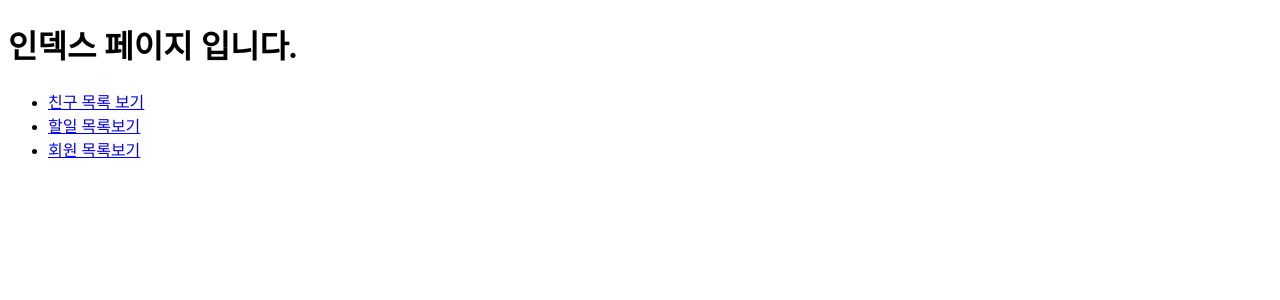
Repository: smj1219/servlet_study
Page: Step01_Servlet/src/main/webapp/index.html
An editor plug-in stored every save of this project. The page is shown before and after the next save, followed by the edit.
The browser window is 1280 px wide. The pictures show the whole page.

Above is the page before, as saved 2024-06-04 08:02:47.

### Step01_Servlet/src/main/webapp/index.html
<!DOCTYPE html>
<html>
<head>
<meta charset="UTF-8">
<title>index.html</title>
</head>
<body>
	<div class="container">
		<h1>인덱스 페이지 입니다.</h1>
		<ul>
			<li><a href="friend/list">친구 목록 보기</a></li>
			<li><a href="todo/list">할일 목록보기</a></li>
			<li><a href="member/list">회원 목록보기</a></li>
		</ul>
	</div>
</body>
</html>

After the next save:
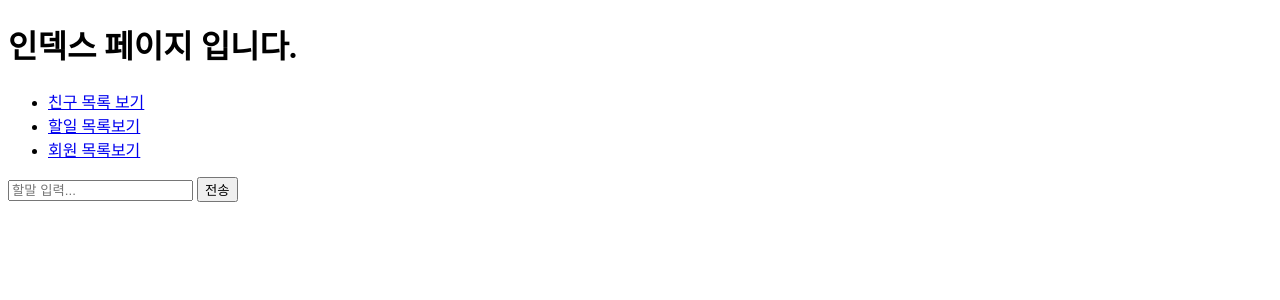
Saved 2 min 19 s later.
--- a/Step01_Servlet/src/main/webapp/index.html
+++ b/Step01_Servlet/src/main/webapp/index.html
@@ -12,6 +12,10 @@
 			<li><a href="todo/list">할일 목록보기</a></li>
 			<li><a href="member/list">회원 목록보기</a></li>
 		</ul>
+		<form action="send" method="get">
+			<input type="text" name="msg" placeholder="할말 입력..." />
+			<button type="submit">전송</button>
+		</form>
 	</div>
 </body>
 </html>
